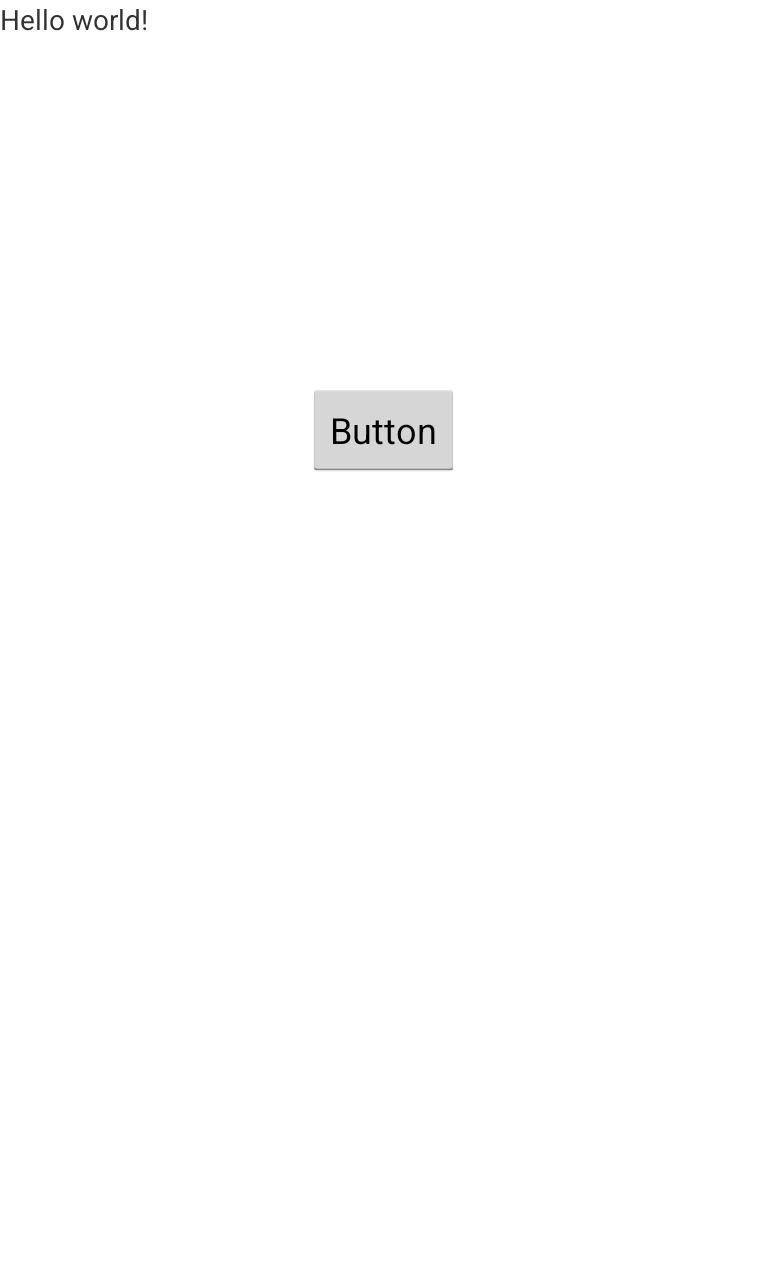
Repository: supremehappy/Android
Layout: TTS/res/layout/activity_tts.xml
The author's editor kept a copy of each file at every save. The layout is drawn from the files as they stood at one save, then again after the next save.
It is drawn on a 768 x 1280 px phone screen (xhdpi) without system bars, with theme AppTheme; the app's code is not run.

Above is the layout before, as saved 2017-08-29 05:53:07.

After the next save:
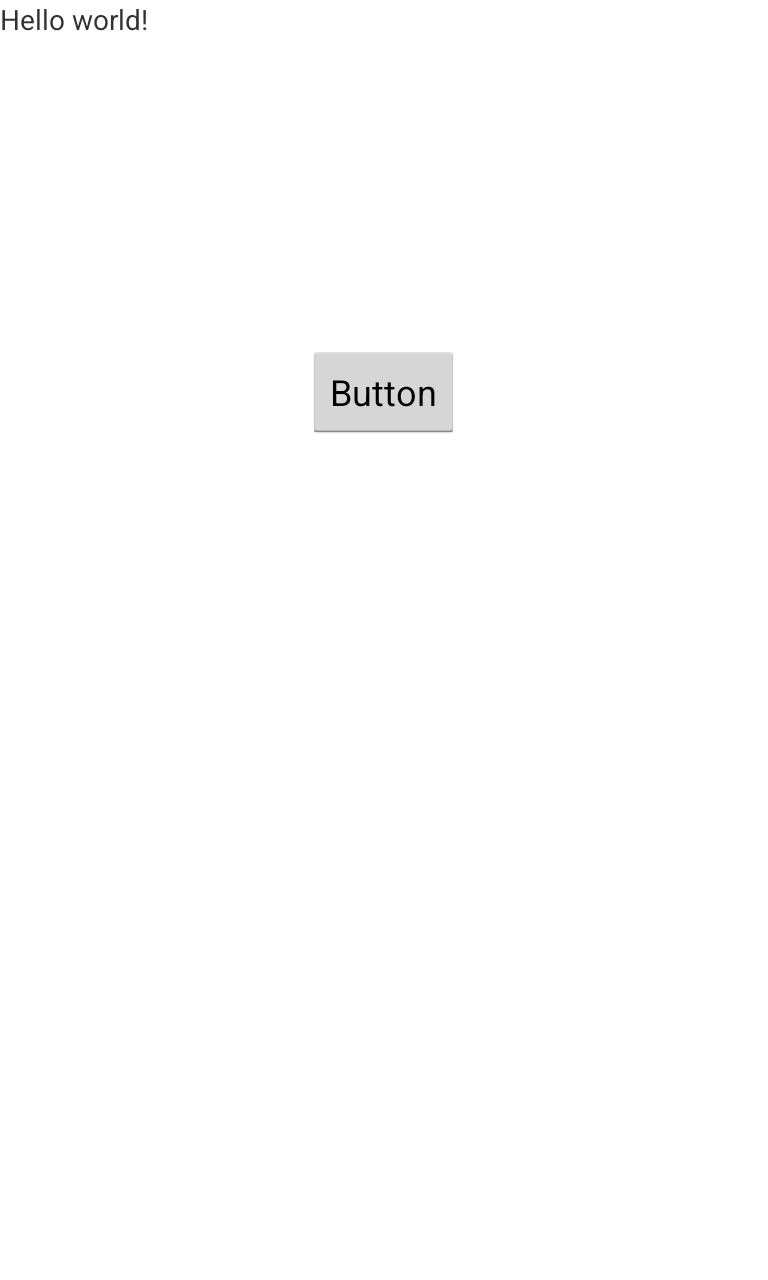
Saved 2 min 34 s later.
--- a/TTS/res/layout/activity_tts.xml
+++ b/TTS/res/layout/activity_tts.xml
@@ -5,7 +5,7 @@
     tools:context="${relativePackage}.${activityClass}" >
 
     <TextView
-        android:id="@+id/textView1"
+        android:id="@+id/textView9"
         android:layout_width="wrap_content"
         android:layout_height="wrap_content"
         android:text="@string/hello_world" />
